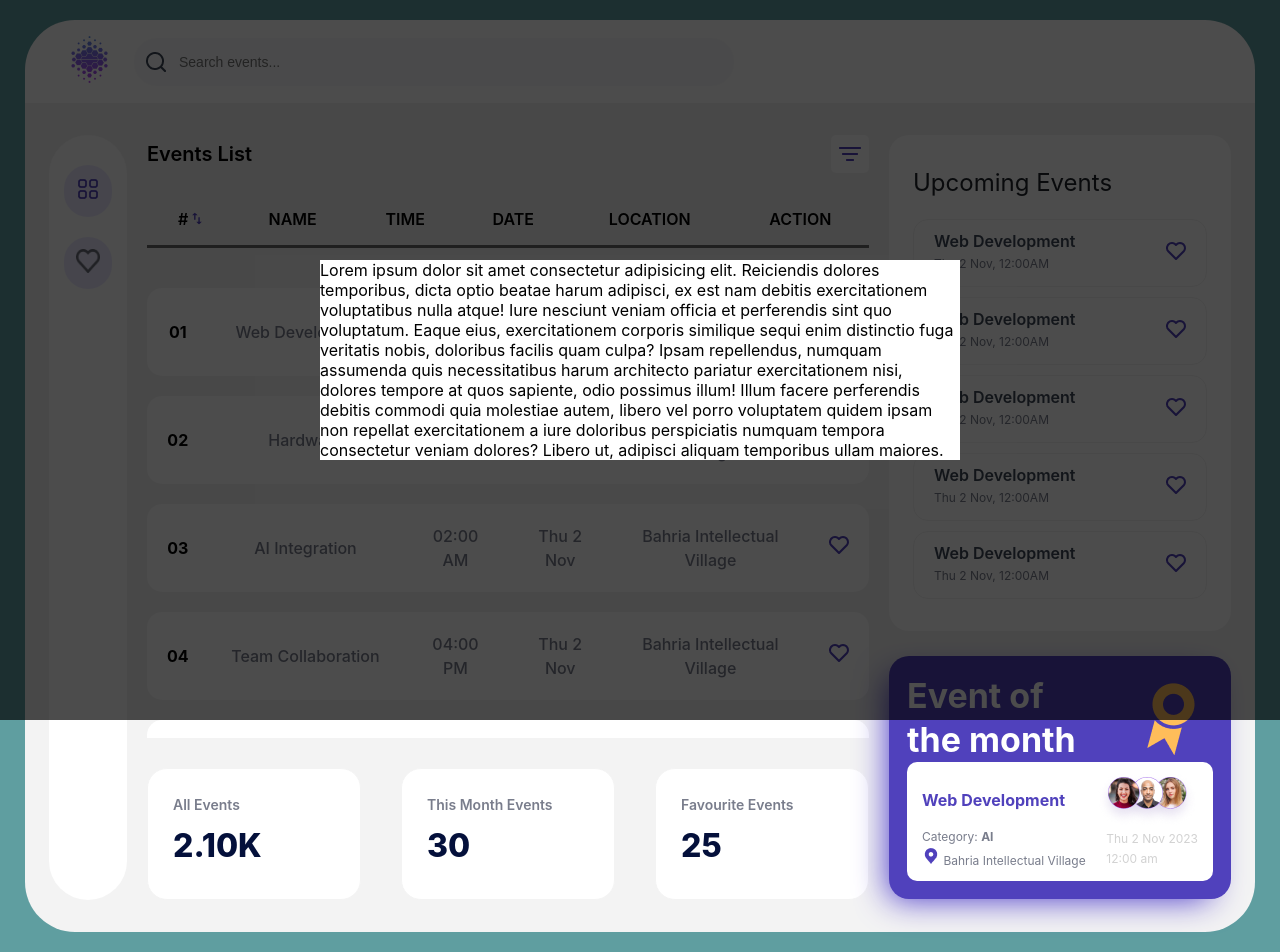
Repository: ahmadunitedsol710/react-dashboard
Page: /, after clicking the first element matching `tr.body_row`
These files come from the project's save history. The page is drawn as it stood at one moment and after the next save; the edit follows.
The browser window is 1280 px wide. The pictures show the whole page.
An inner scrolling area shows only its first screen. The project was rebuilt for these pictures with package versions that can differ from the ones it lists, and the page was loaded fresh each time.

Above is the page before, as saved 2024-08-02 09:27:50.

After the next save:
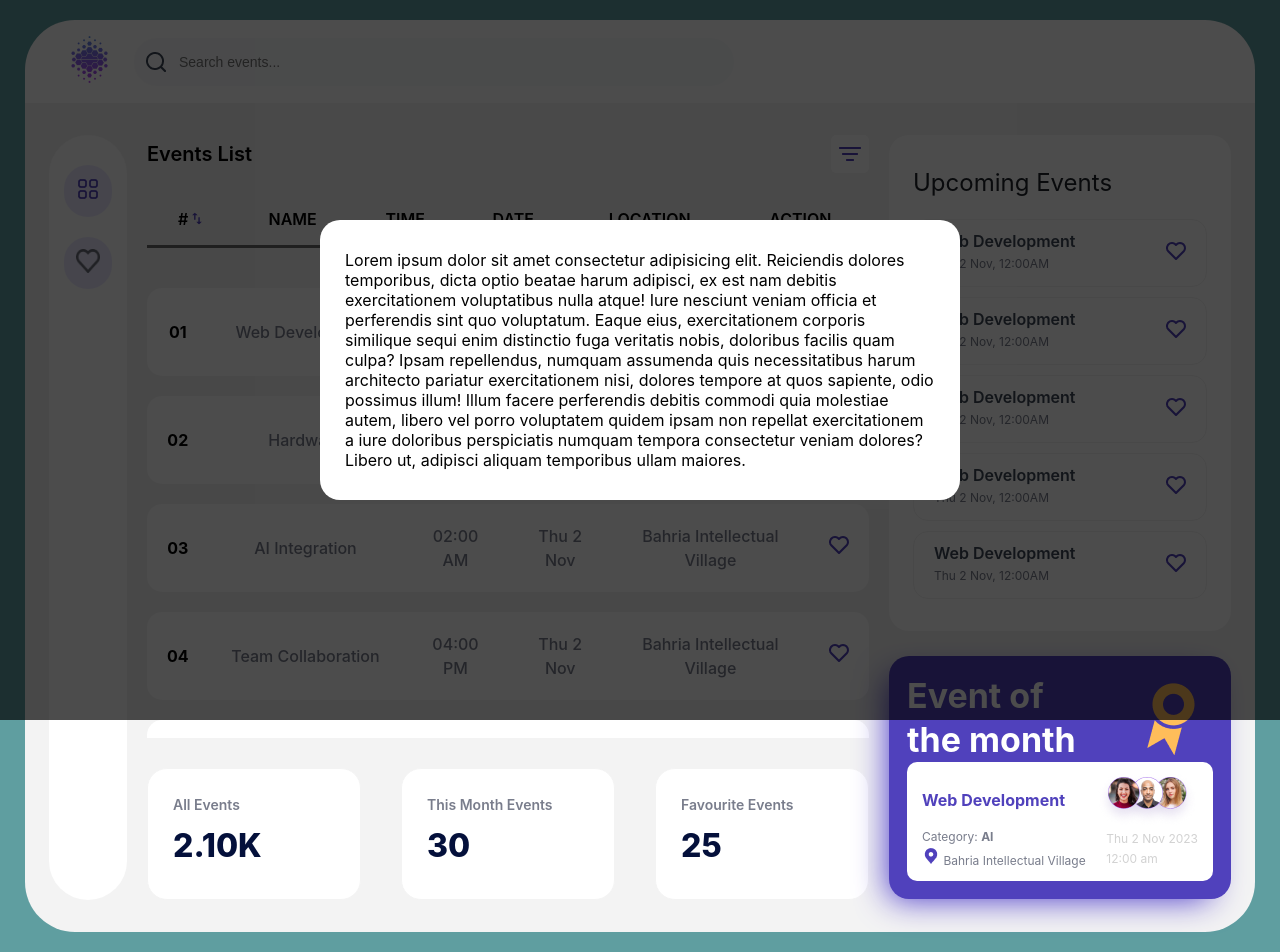
Saved 73 s later.
--- a/src/App.css
+++ b/src/App.css
@@ -177,4 +177,7 @@ th { text-align: center; font-size: 16px; font-weight: 600; line-height: 22px; p
   transform: translate(-50%, -50%);
   left: 50%;
   top: 50%;
+  border-radius: 20px;
+  padding: 30px 25px;
+  box-sizing: border-box;
 }
